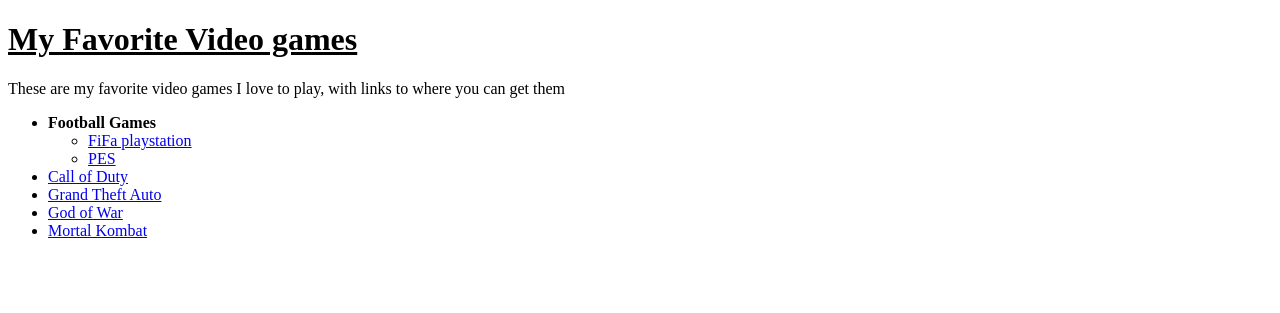
Repository: MikkyPrestige/html-website
Page: pages/games.html
These files come from the project's save history. The page is drawn as it stood at one moment and after the next save; the edit follows.
The browser window is 1280 px wide. The pictures show the whole page.

Above is the page before, as saved 2023-04-15 17:05:23.

After the next save:
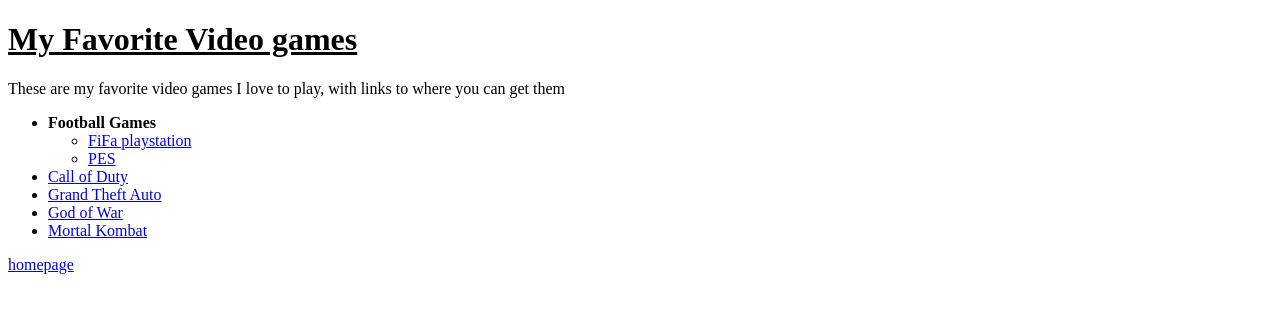
Saved 6 s later.
--- a/pages/games.html
+++ b/pages/games.html
@@ -38,7 +38,7 @@
     </li>
   </ul>
 
-  <!-- <a href="/index.html">homepage</a> -->
+  <a href="/index.html">homepage</a>
 </body>
 
 </html>
